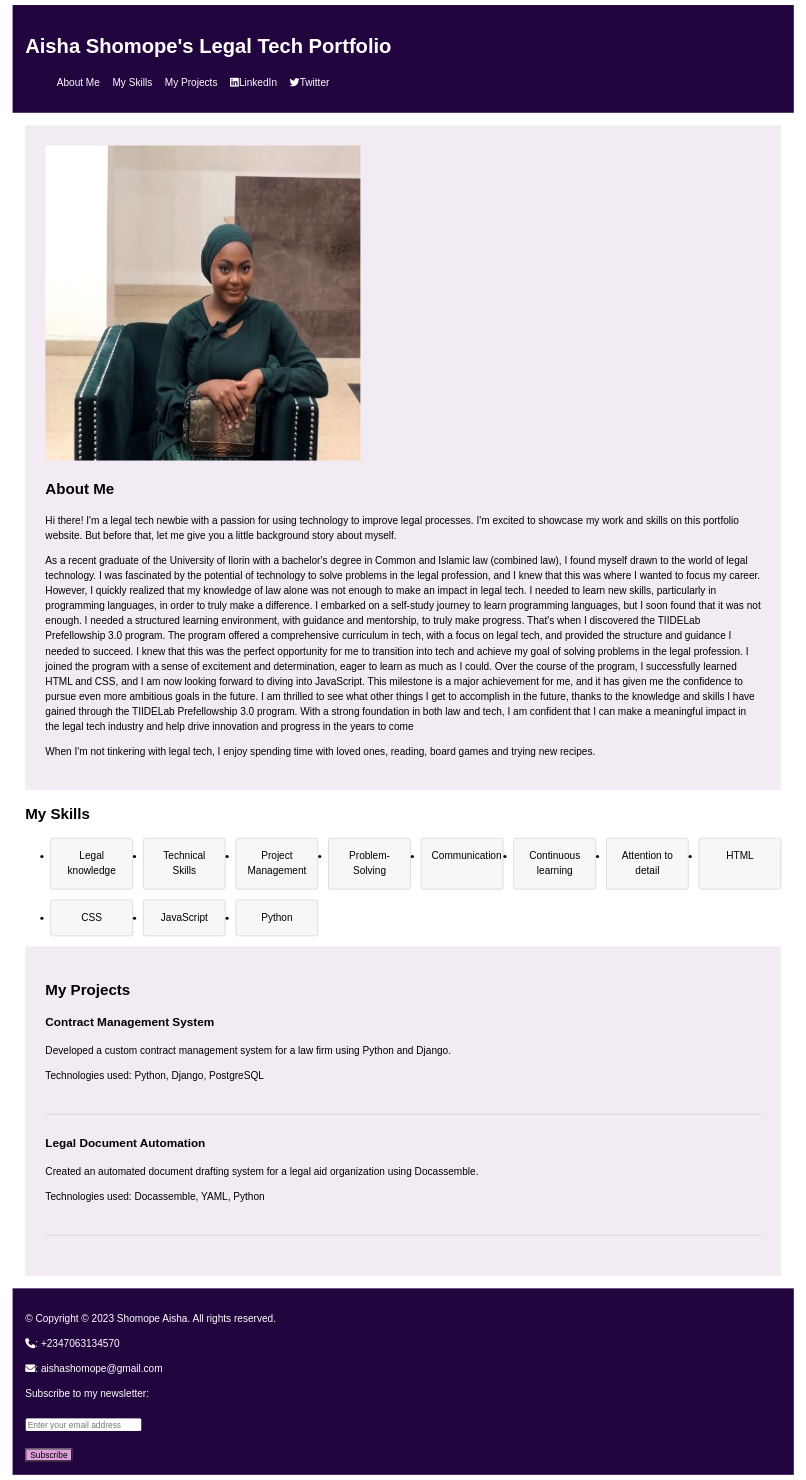
Repository: Iyewande/AishasPortfolio
Page: Index.html
These files come from the project's save history. The page is drawn as it stood at one moment and after the next save; the edit follows.
The browser window is 1280 px wide. The pictures show the whole page, at 63% of full size.
Some web libraries are served in a nearby version.

Above is the page before, as saved 2023-05-04 20:40:18.

After the next save:
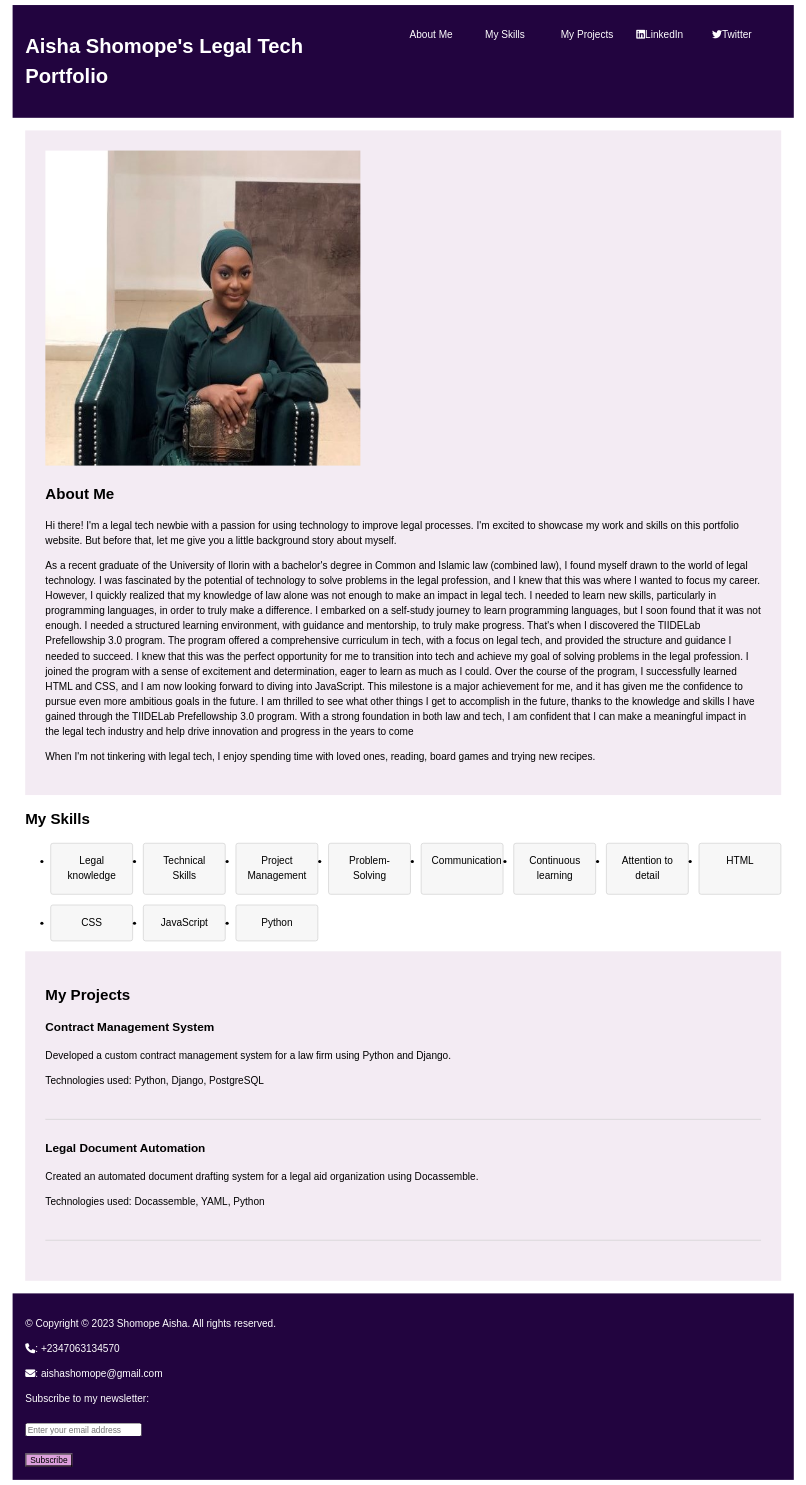
Saved 5 min 34 s later.
--- a/Style.css
+++ b/Style.css
@@ -75,9 +75,10 @@ header, main, footer {
 }
 
 /* Header Styles */
-header {
+#header {
     background-color: rgb(34, 4, 63);
     color: #fff;
+    display: flex;
 }
 
 .header-container {
@@ -93,6 +94,8 @@ nav ul {
 
 nav ul li {
     margin: 0 10px;
+    display: inline-block;
+    width: 100px;
 }
 
 nav ul li a {
